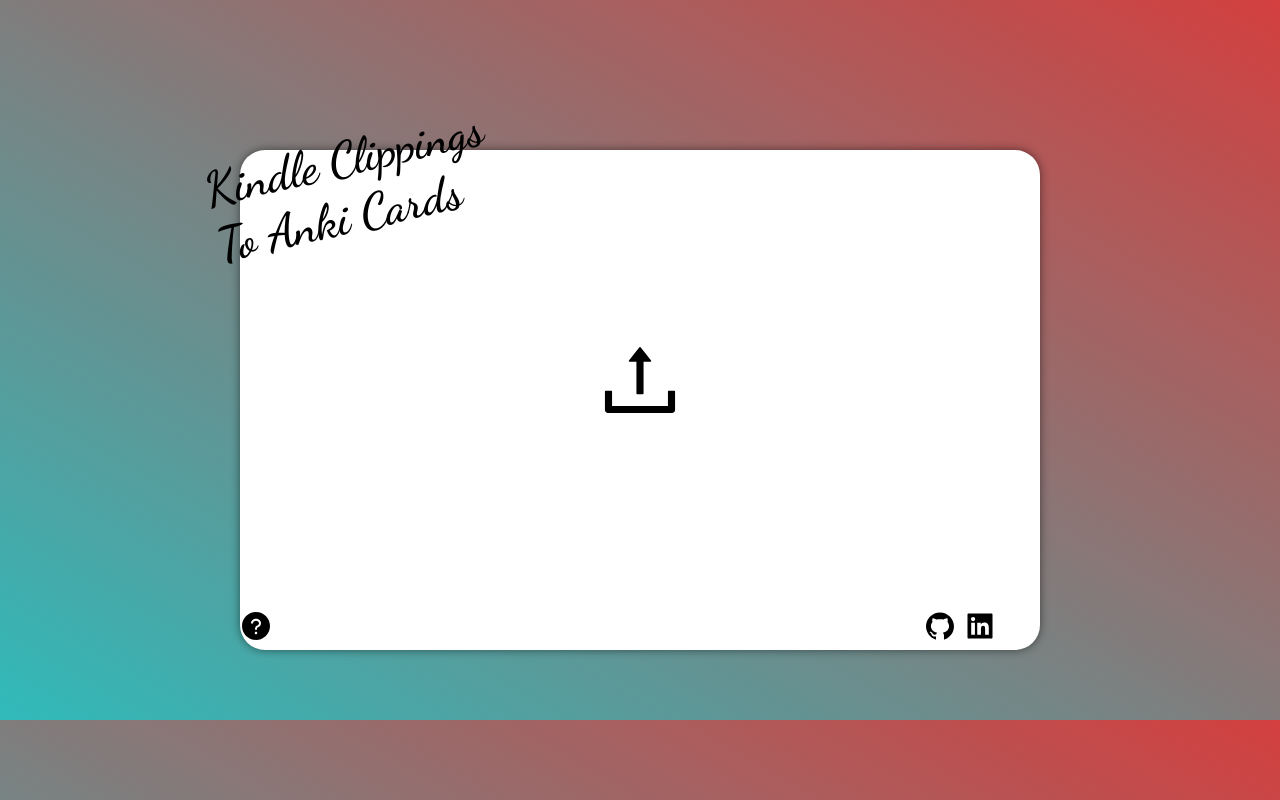
Repository: Lewisjohnward/kindle-clippings-to-cards
Page: /
The author's editor kept a copy of each file at every save. The page is drawn from the files as they stood at one save, then again after the next save.
The browser window is 1280 px wide. The pictures show the whole page.
Backgrounds fixed to the window are drawn as part of the page. The project was rebuilt for these pictures with package versions that can differ from the ones it lists, and the page was loaded fresh each time.

Above is the page before, as saved 2021-10-29 13:14:15.

After the next save:
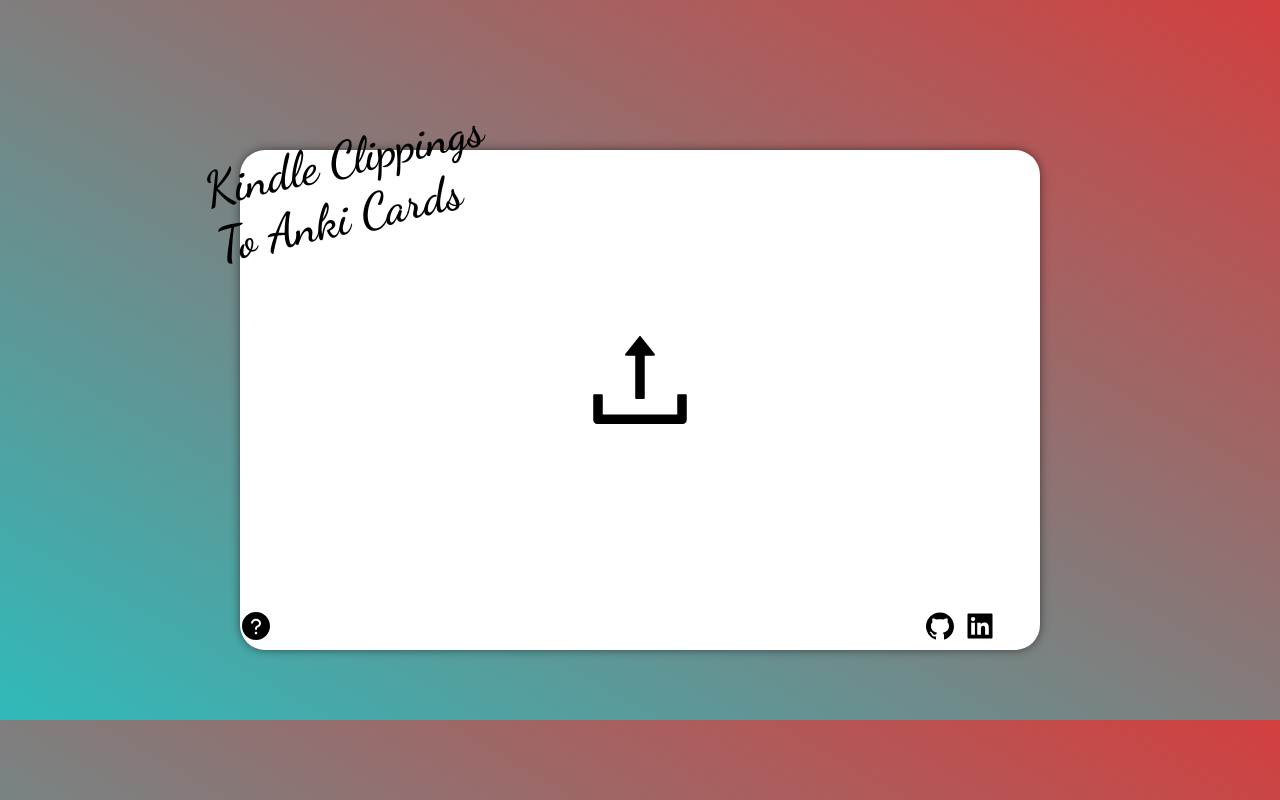
Saved 4 s later.
--- a/src/App.js
+++ b/src/App.js
@@ -56,7 +56,7 @@
 `;
 
 const UploadIcon = styled(AiOutlineUpload)`
-  font-size: 3em;
+  font-size: 4em;
   color: black;
   cursor: pointer;
 
